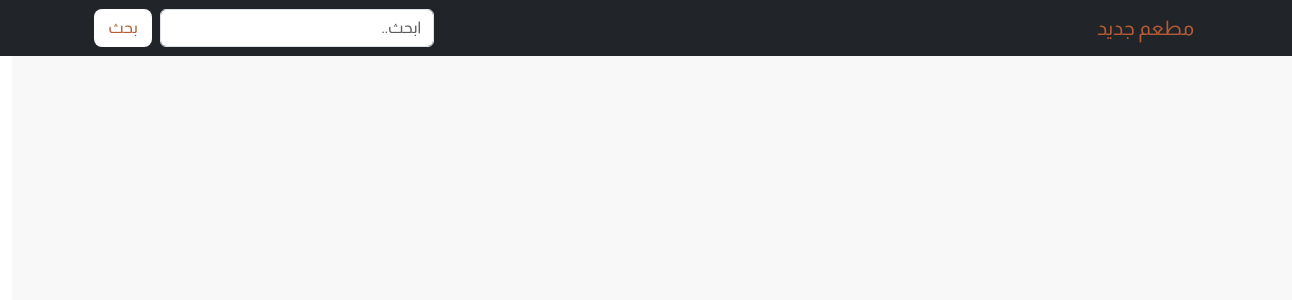
Repository: kerlos-alfy/Restaurant-Menu
Page: /
An editor plug-in stored every save of this project. The page is shown before and after the next save, followed by the edit.
The browser window is 1280 px wide. The page is 1292 px wide, so the pictures cover 1292 px, including what lies to the right of the window. The pictures show the whole page.
Some web fonts or font styles are not loaded; a fallback is used. The project was rebuilt for these pictures with package versions that can differ from the ones it lists, and the page was loaded fresh each time. Also part of the build but not shown: vite.config.js, src/App.css.

Above is the page before, as saved 2024-12-20 01:11:40.

### index.html
<!DOCTYPE html>
<html lang="ar" dir="rtl">
	<head>
		<meta charset="UTF-8" />
		<link rel="icon" type="image/svg+xml" href="/vite.svg" />
		<link
			rel="stylesheet"
			href="https://cdn.jsdelivr.net/npm/bootstrap@5.3.2/dist/css/bootstrap.min.css"
			integrity="sha384-T3c6CoIi6uLrA9TneNEoa7RxnatzjcDSCmG1MXxSR1GAsXEV/Dwwykc2MPK8M2HN"
			crossorigin="anonymous" />
		<!-- Start Font Google Arabic  -->
		<link rel="preconnect" href="https://fonts.googleapis.com" />
		<link rel="preconnect" href="https://fonts.gstatic.com" crossorigin />
		<link
			href="https://fonts.googleapis.com/css2?family=Alkalami&family=Almarai:wght@300;400;700;800&family=Cairo:wght@200..1000&family=Rakkas&display=swap"
			rel="stylesheet" />
		<!-- End Font Google Arabic  -->
		<meta name="viewport" content="width=device-width, initial-scale=1.0" />
		<title>Vite + React</title>
	</head>
	<body>
		<div id="root"></div>
		<script type="module" src="/src/main.jsx"></script>
	</body>
</html>

### src/index.css
/* :root {
  font-family: Inter, system-ui, Avenir, Helvetica, Arial, sans-serif;
  line-height: 1.5;
  font-weight: 400;

  color-scheme: light dark;
  color: rgba(255, 255, 255, 0.87);
  background-color: #242424;

  font-synthesis: none;
  text-rendering: optimizeLegibility;
  -webkit-font-smoothing: antialiased;
  -moz-osx-font-smoothing: grayscale;
}

a {
  font-weight: 500;
  color: #646cff;
  text-decoration: inherit;
}
a:hover {
  color: #535bf2;
}

body {
  margin: 0;
  display: flex;
  place-items: center;
  min-width: 320px;
  min-height: 100vh;
}

h1 {
  font-size: 3.2em;
  line-height: 1.1;
}

button {
  border-radius: 8px;
  border: 1px solid transparent;
  padding: 0.6em 1.2em;
  font-size: 1em;
  font-weight: 500;
  font-family: inherit;
  background-color: #1a1a1a;
  cursor: pointer;
  transition: border-color 0.25s;
}
button:hover {
  border-color: #646cff;
}
button:focus,
button:focus-visible {
  outline: 4px auto -webkit-focus-ring-color;
}

@media (prefers-color-scheme: light) {
  :root {
    color: #213547;
    background-color: #ffffff;
  }
  a:hover {
    color: #747bff;
  }
  button {
    background-color: #f9f9f9;
  }
} */

.color-body {
	background-color: #f8f8f8;
	height: 100vh;
}
.font {
	font-family: "Almarai", sans-serif;
}
.title {
	color: #224f61;
	font-family: Almarai;
	font-size: 30px;
	font-weight: bold;
	letter-spacing: 0;
	line-height: 64px;
}
.underline {
	height: 1px;
	width: 200px;
	border-radius: 10px;
	border: 2px solid #b45b35;
}
.btn {
	color: black;
	font-family: Almarai;
	font-size: 18px;
	letter-spacing: 0;
	line-height: 24px;
}
.btn:hover {
	color: black;
	font-family: Almarai;
	font-size: 18px;
	font-weight: bold;
	letter-spacing: 0;
	line-height: 24px;
	border-radius: 11px;
	border: none;
	background-color: #b45b35;
}
.img-item {
	height: 180px;
	width: 252px;
	border-radius: 5px;
}
.item-description {
	color: #8c8c8c;
	font-family: Almarai;
	font-size: 16px;
	letter-spacing: 0;
	line-height: 20px;
}
.item-title {
	color: #555555;
	font-family: Almarai;
	font-size: 16px;
	font-weight: bold;
	letter-spacing: 0;
	line-height: 20px;
}
.card-color {
	background-color: #f8f8f8;
}
.item-price {
	color: #b45b35;
	font-family: Almarai;
	font-size: 16px;
	font-weight: bold;
	letter-spacing: 0;
	line-height: 20px;
}
.btn-search {
	border: none;
	cursor: pointer;
	color: #b45b35;
	border-radius: 3px solid #b45b35;
	border-radius: 8px;
	background-color: white;
	width: 72px;
	font-weight: 500;
}
.btn-search:hover {
	color: white;
	border-radius: 3px solid white;
	background-color: #b45b35;
	border-radius: 8px;
}
.brand-color {
	color: #b45b35;
}

### src/App.jsx
import { Container } from "react-bootstrap";
import "./App.css";
import NavBar from "./components/NavBar";
import Header from "./components/Header";
function App() {
	return (
		<div className="color-body font">
			<NavBar />
			<Container>
				<Header />
			</Container>
		</div>
	);
}

export default App;

### src/components/NavBar.jsx
import { Navbar, Container, Row, Nav, Form, FormControl } from "react-bootstrap";
const NavBar = () => {
	return (
		<Row>
			<Navbar bg="dark" expand="lg" variant="dark">
				<Container>
					<Navbar.Brand href="#">
						<div className="brand-color">مطعم جديد</div>
					</Navbar.Brand>
					<Navbar.Toggle aria-controls="navbarScroll" />
					<Navbar.Collapse id="navbarScroll">
						<Nav className="me-auto my-2 my-lg-0" style={{ maxHeight: "100px" }} navbarScroll></Nav>
						<Form className="d-flex">
							<FormControl type="text" placeholder="ابحث.." className="mx-2" />
							<button className="btn-search">بحث</button>
						</Form>
					</Navbar.Collapse>
				</Container>
			</Navbar>
		</Row>
	);
};

export default NavBar;

### src/components/Header.jsx
import { Col, Row } from "react-bootstrap";

const Header = () => {
	return <Row></Row>;
};

export default Header;

Loaded but not shown: src/main.jsx (common file)

After the next save:
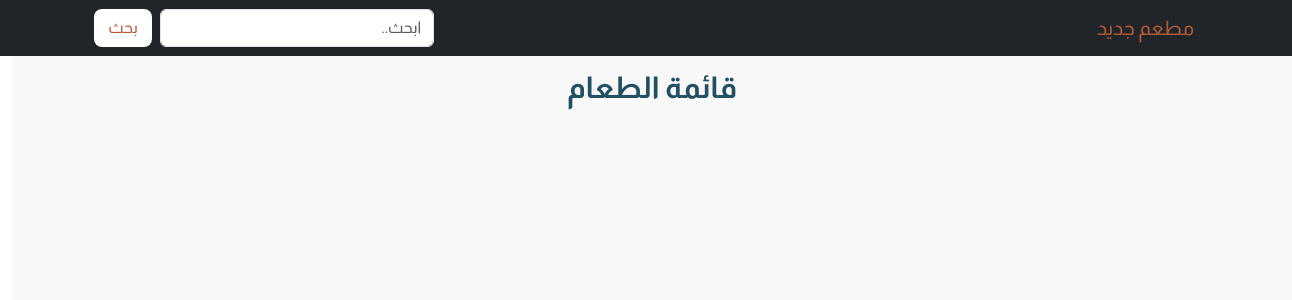
Saved 80 s later.
--- a/src/components/Header.jsx
+++ b/src/components/Header.jsx
@@ -1,7 +1,13 @@
 import { Col, Row } from "react-bootstrap";
 
 const Header = () => {
-	return <Row></Row>;
+	return (
+		<Row>
+			<Col sm="12" className="text-center justify-content-center">
+				<div className="title">قائمة الطعام </div>
+			</Col>
+		</Row>
+	);
 };
 
 export default Header;
